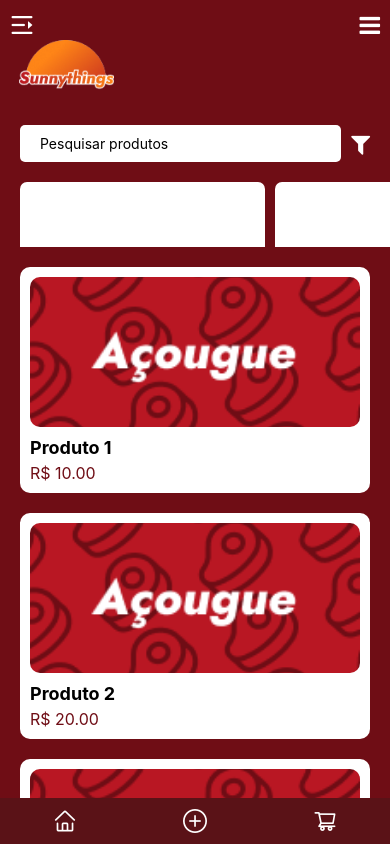
Repository: Luizzzin/SuperMercado
Screen: / (app in suny/)
The author's editor kept a copy of each file at every save. The screen is drawn from the files as they stood at one save, then again after a run of saves.
An inner scrolling area shows only its first screen. The app was drawn by React Native's web renderer in a window 390 px wide. The project was rebuilt for these pictures with package versions that can differ from the ones it lists, and the page was loaded fresh each time.

Above is the screen before, as saved 2024-05-09 20:14:15.

### suny/App.js
import React from 'react';
import { NavigationContainer } from '@react-navigation/native';
import { createStackNavigator } from '@react-navigation/stack';
import Routes from './routes'; // Importe o componente Routes

const Stack = createStackNavigator();

const App = () => {
  return <Routes />;
}

export default App;

### suny/routes.js
import React from 'react';
import { NavigationContainer } from '@react-navigation/native';
import { createStackNavigator } from '@react-navigation/stack';
import HomeScreen from './HomeScreen'; // Importe o componente HomeScreen

const Stack = createStackNavigator();

const Routes = () => {
  return (
    <NavigationContainer>
      <HomeScreen />
    </NavigationContainer>
  );
}

export default Routes;

### suny/HomeScreen.js
import React from 'react';
import { View, Text, StyleSheet, TouchableOpacity, TextInput, Image, ScrollView } from 'react-native';
import { AntDesign, FontAwesome } from '@expo/vector-icons'; // Certifique-se de instalar o pacote expo-vector-icons

const HomeScreen = () => {

  const categories = ['Categoria 1', 'Categoria 2', 'Categoria 3', 'Categoria 4', 'Categoria 5', 'Categoria 6', 'Categoria 7'];

  const products = [
    { id: 1, name: 'Produto 1', price: 10, image: require('./path/to/image1.png') },
    { id: 2, name: 'Produto 2', price: 20, image: require('./path/to/image1.png') },
    { id: 3, name: 'Produto 3', price: 30, image: require('./path/to/image1.png') },
    { id: 4, name: 'Produto 4', price: 40, image: require('./path/to/image1.png') },
    { id: 5, name: 'Produto 5', price: 50, image: require('./path/to/image1.png') },
    { id: 6, name: 'Produto 6', price: 60, image: require('./path/to/image1.png') },
  ];

  return (
    <View style={styles.container}>
      {/* Header */}
      <View style={styles.header}>
        <TouchableOpacity onPress={() => console.log("Menu clicked")}>
          <AntDesign name="menu-fold" size={24} color="white" />
        </TouchableOpacity>
        <Image source={require('./path/to/your/logo.png')} style={styles.logo} />
        <TouchableOpacity onPress={() => console.log("Hamburger clicked")}>
          <FontAwesome name="bars" size={24} color="white" />
        </TouchableOpacity>
      </View>

      {/* Search Bar */}
      <View style={styles.searchBar}>
        <TextInput
          style={styles.input}
          placeholder="Pesquisar produtos"
        />
        <TouchableOpacity onPress={() => console.log("Filter clicked")}>
          <FontAwesome name="filter" size={24} color="white" />
        </TouchableOpacity>
      </View>

      {/* Category Carousel */}
      <ScrollView horizontal style={styles.carousel}>
        {categories.map((category, index) => (
          <TouchableOpacity key={index} style={styles.categoryItem}>
            <Text style={styles.categoryText}>{category}</Text>
          </TouchableOpacity>
        ))}
      </ScrollView>

      {/* Product Cards */}
      <ScrollView style={styles.productContainer}>
        {products.map(product => (
          <TouchableOpacity key={product.id} style={styles.productCard}>
            <Image source={product.image} style={styles.productImage} />
            <Text style={styles.productName}>{product.name}</Text>
            <Text style={styles.productPrice}>R$ {product.price.toFixed(2)}</Text>
          </TouchableOpacity>
        ))}
      </ScrollView>

      {/* Tab Bar */}
      <View style={styles.tabBar}>
        <TouchableOpacity onPress={() => console.log("Home clicked")} style={styles.tabItem}>
          <AntDesign name="home" size={24} color="white" />
        </TouchableOpacity>
        <TouchableOpacity onPress={() => console.log("Add clicked")} style={styles.tabItem}>
          <AntDesign name="pluscircleo" size={24} color="white" />
        </TouchableOpacity>
        <TouchableOpacity onPress={() => console.log("Cart clicked")} style={styles.tabItem}>
          <AntDesign name="shoppingcart" size={24} color="white" />
        </TouchableOpacity>
      </View>
    </View>
  );
}

const styles = StyleSheet.create({
  container: {
    flex: 1,
    backgroundColor: '#6F0D15',
  },
  header: {
    flexDirection: 'row',
    justifyContent: 'space-between',
    alignItems: 'center',
    paddingHorizontal: 10,
    paddingTop: 0,
  },
  logo: {
    width: 95,
    height: 50,
    right: 130,
    top: 40,
  },
  searchBar: {
    flexDirection: 'row',
    alignItems: 'center',
    paddingHorizontal: 20,
    marginTop: 75,
  },
  input: {
    flex: 1,
    backgroundColor: 'white',
    borderRadius: 5,
    paddingVertical: 10,
    paddingHorizontal: 20,
    marginRight: 10,
  },
  carousel: {
    marginTop: 20,
    paddingHorizontal: 20,
    marginBottom: 20,
  },
  categoryItem: {
    marginRight: 10,
    padding: 80,
    backgroundColor: 'white',
    borderRadius: 7,
  },
  categoryText: {
    color: '#6F0D15',
    fontSize: 16,
  },
  productContainer: {
    paddingHorizontal: 20,
  },
  productCard: {
    marginBottom: 20,
    backgroundColor: 'white',
    borderRadius: 10,
    padding: 10,
  },
  productImage: {
    width: '100%',
    height: 150,
    borderRadius: 10,
  },
  productName: {
    marginTop: 10,
    fontSize: 18,
    fontWeight: 'bold',
  },
  productPrice: {
    marginTop: 5,
    fontSize: 16,
    color: '#6F0D15',
  },
  tabBar: {
    flexDirection: 'row',
    justifyContent: 'space-around',
    backgroundColor: '#5A1217',
    paddingVertical: 10,
  },
  tabItem: {
    flex: 1,
    alignItems: 'center',
  },
});

export default HomeScreen;

After the next 4 saves:
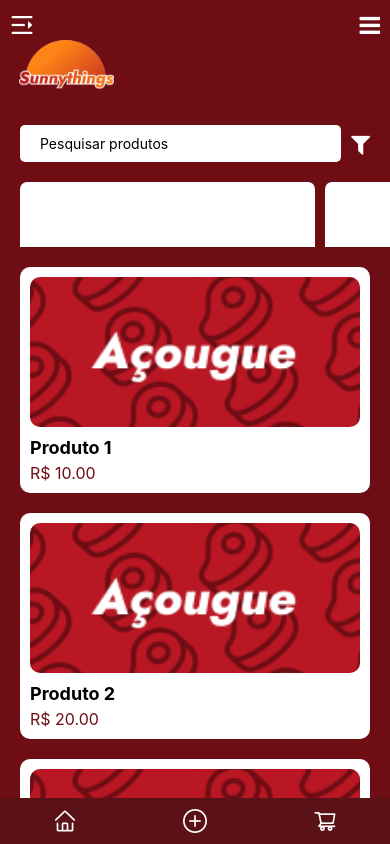
The 4 saves are shown as one change because they came seconds apart.
The last was saved 35 s later.
--- a/suny/HomeScreen.js
+++ b/suny/HomeScreen.js
@@ -121,6 +121,7 @@
   categoryText: {
     color: '#6F0D15',
     fontSize: 16,
+    paddingEnd: 50,
   },
   productContainer: {
     paddingHorizontal: 20,

After the save that followed:
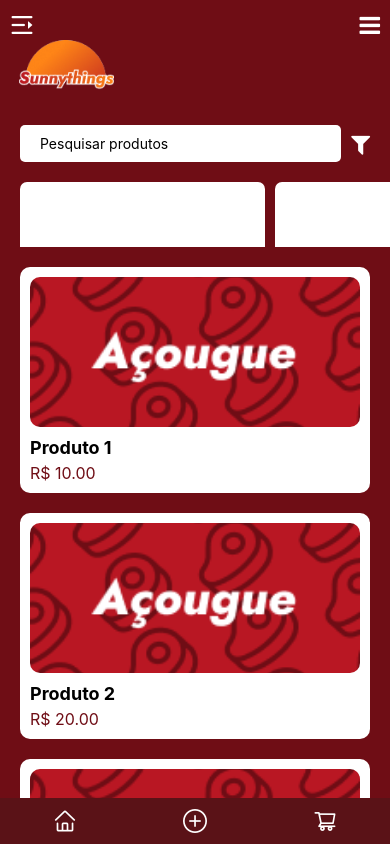
Saved 8 s later.
--- a/suny/HomeScreen.js
+++ b/suny/HomeScreen.js
@@ -121,7 +121,6 @@
   categoryText: {
     color: '#6F0D15',
     fontSize: 16,
-    paddingEnd: 50,
   },
   productContainer: {
     paddingHorizontal: 20,
